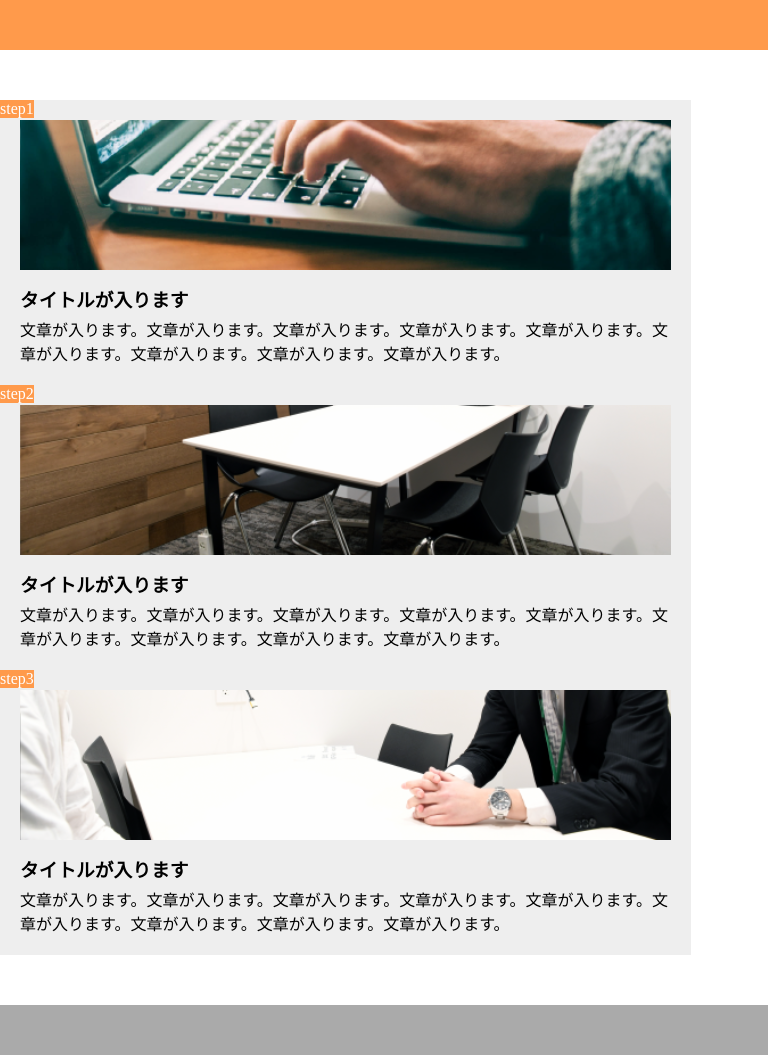
Repository: ochi11/html-practice
Page: exe9/index9.html
The author's editor kept a record of every edit. The page is drawn from the files as they stood at one moment, then again after the next edit.
The browser window is 768 px wide. The pictures show the whole page.

Above is the page before.

### exe9/index9.html
<!DOCTYPE html>
<html lang="ja">
  <head>
    <meta charset="UTF-8" />
    <meta name="viewport" content="width=device-width,initial-scale=1.0">
    <title>9章演習</title>
    <link rel="stylesheet" href="style9.css" />
  </head>
  <body>
    <header></header>
    <main>
      <div class="step-box">
        <div class="step-img1"></div>
        <span class="step-num">step1</span>
        <h3 class="title">タイトルが入ります</h3>
        <p class="text">
          文章が入ります。文章が入ります。文章が入ります。文章が入ります。文章が入ります。文章が入ります。文章が入ります。文章が入ります。文章が入ります。
        </p>
      </div>

      <div class="step-box">
        <div class="step-img2"></div>
        <span class="step-num">step2</span>
        <h3 class="title">タイトルが入ります</h3>
        <p class="text">
          文章が入ります。文章が入ります。文章が入ります。文章が入ります。文章が入ります。文章が入ります。文章が入ります。文章が入ります。文章が入ります。
        </p>
      </div>

      <div class="step-box">
        <div class="step-img3"></div>
        <span class="step-num">step3</span>
        <h3 class="title">タイトルが入ります</h3>
        <p class="text">
          文章が入ります。文章が入ります。文章が入ります。文章が入ります。文章が入ります。文章が入ります。文章が入ります。文章が入ります。文章が入ります。
        </p>
      </div>
    </main>
    <footer></footer>
  </body>
</html>

### exe9/style9.css
* {
  box-sizing: border-box;
  margin: 0;
  padding: 0;
}

header {
  height: 50px;
  background-color: #ff9a4b;
}

main {
  width: 960px;
  margin: 50px auto;
  display: flex;
}

.step-box {
  width: 300px;
  margin-right: 30px;
  padding: 10px;
  position: relative;
  background-color: #eee;
}

.step-box:last-child {
  margin-right: 0;
}

.step-img1 {
  height: 150px;
  background-image: url(img/flow01.png);
  background-position: bottom;
  background-size: cover;
}

.step-img2 {
  height: 150px;
  background-image: url(img/flow02.png);
  background-position: bottom;
  background-size: cover;
}

.step-img3 {
  height: 150px;
  background-image: url(img/flow03.png);
  background-position: bottom;
  background-size: cover;
}

.step-num {
  position: absolute;
  top: 0;
  left: 0;
  background-color: #ff9a4b;
  color: #fff;
}

.title {
  margin: 15px 0 5px;
}

footer {
  height: 50px;
  background-color: #aaa;
}

@media screen and (max-width: 768px) {
  header {
    width: 100%;
    height: 50px;
  }

  main {
    width: 100%;
    margin: 50px auto;
    display: block;
  }

  .step-box {
    width: 90%;
    padding: 20px;
  }

  .step-img1 {
    height: 150px;
  }

  .step-img2 {
    height: 150px;
  }

  .step-img3 {
    height: 150px;
  }

  footer {
    height: 50px;
  }
}

After the next edit:
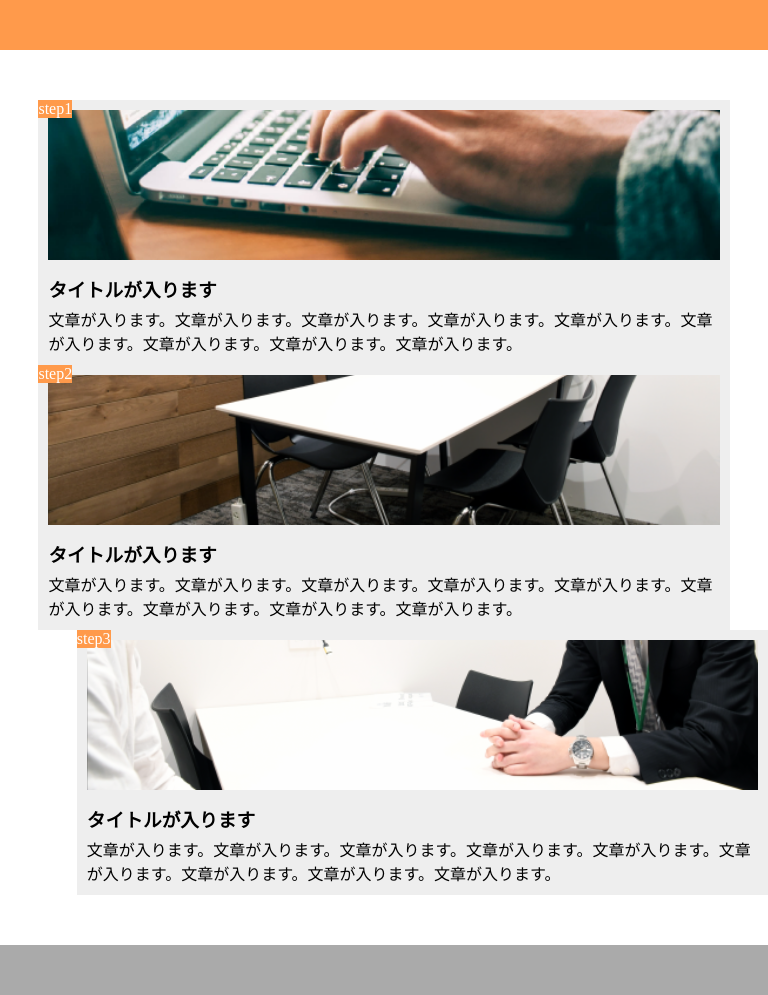
The edit:
--- a/exe9/style9.css
+++ b/exe9/style9.css
@@ -79,7 +79,8 @@
 
   .step-box {
     width: 90%;
-    padding: 20px;
+    margin:0 auto;
+
   }
 
   .step-img1 {
